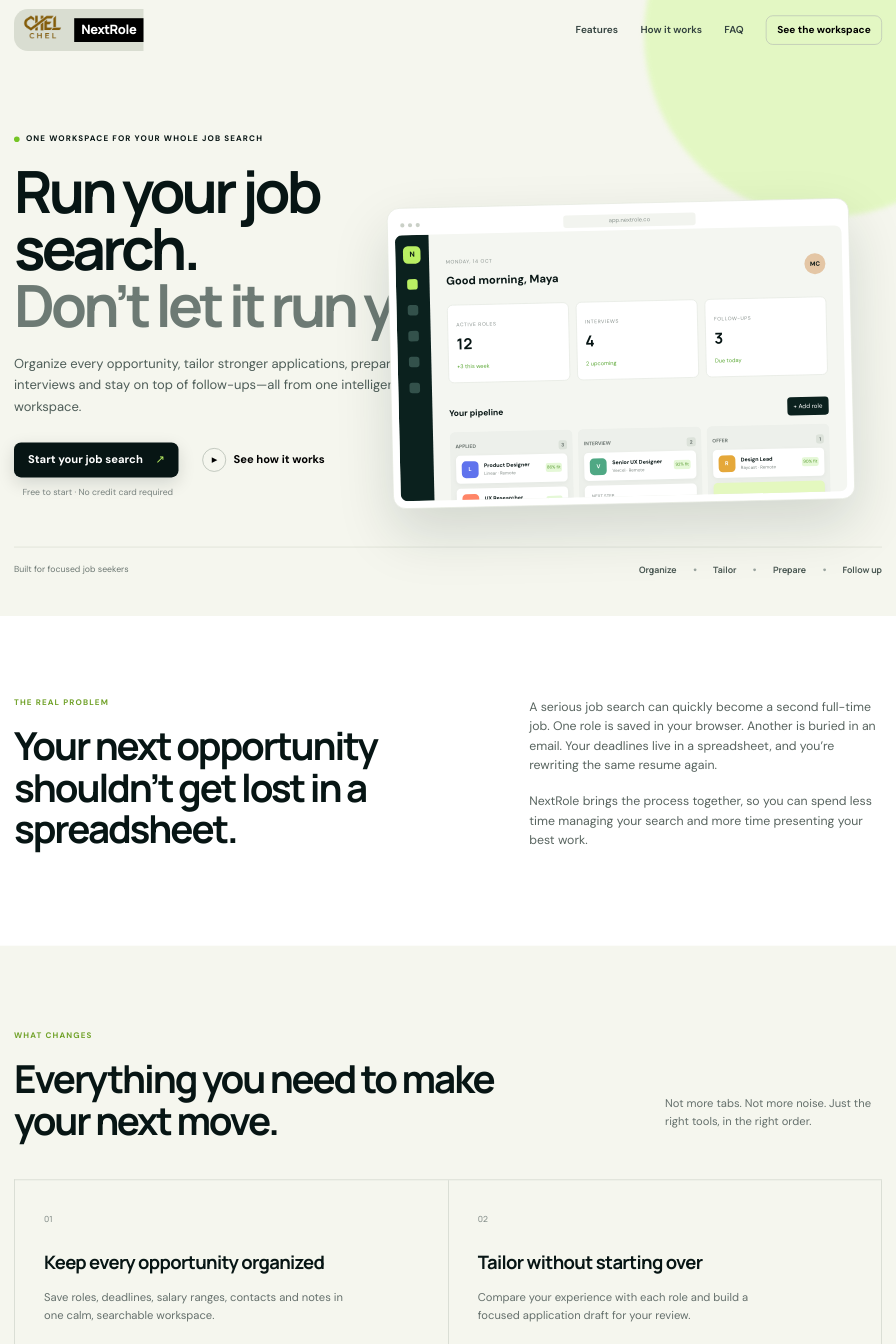
Repository: Lovethrech/NextRole-Nuxt-Portfolio
Page: /
These files come from the project's save history. The page is drawn as it stood at one moment and after the next save; the edit follows.
The browser window is 1280 px wide. The pictures show the part of the page from y = 0 to 1920 px (the page is 5240 px tall), at 70% of full size.
The project was rebuilt for these pictures with package versions that can differ from the ones it lists, and the page was loaded fresh each time. The framework's server and built-in components were replaced by stand-ins that run in the browser. Also part of the build but not shown: nuxt.config.js.

Above is the page before, as saved 2026-09-12 16:39:00.

After the next save:
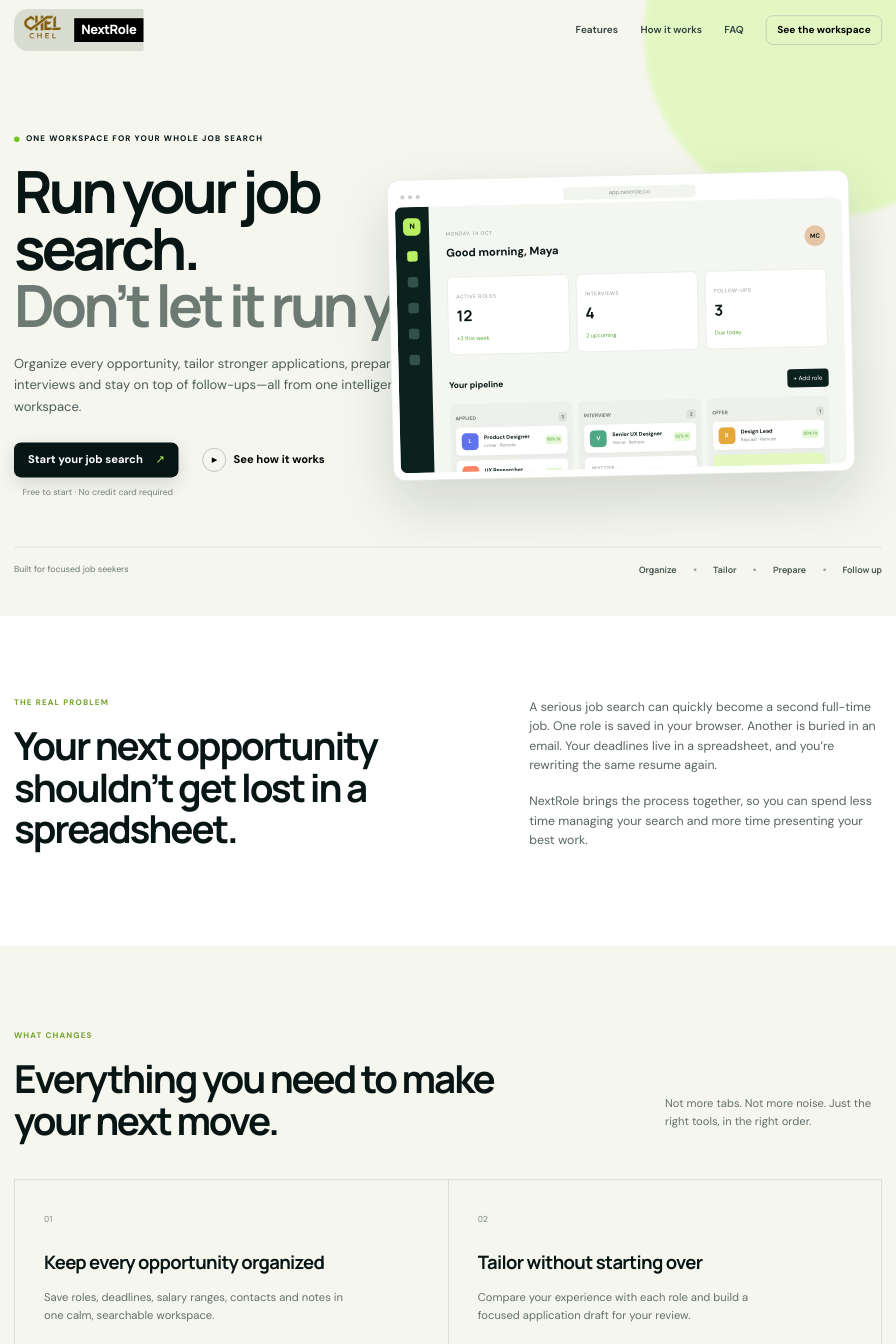
Saved 14 s later.
--- a/assets/css/main.css
+++ b/assets/css/main.css
@@ -218,7 +218,7 @@
     z-index:3;
     width:660px;
     right: 6vh;
-    top:290px;
+    top:250px;
     background:#fff;
     padding:10px;
     border-radius:18px;
